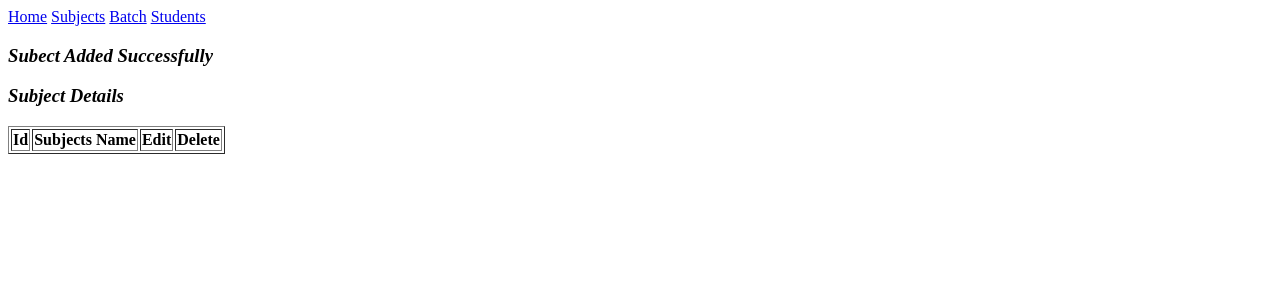
Repository: shubhamsingh331/Learners_Academy
Page: http://localhost/LearnersAcademy/Subjects/AddSuccess.jsp
The author's editor kept a copy of each file at every save. The page is drawn from the files as they stood at one save, then again after the next save.
The browser window is 1280 px wide. The pictures show the whole page.
The page is served by Tomcat 9. Queries for data that is not in the repository find no rows.

Above is the page before, as saved 2023-10-09 12:57:09.

After the next save:
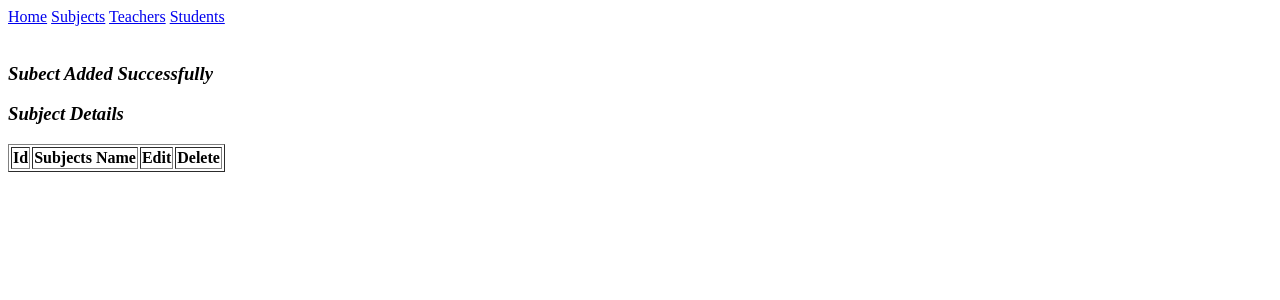
Saved 73 s later.
--- a/LearnersAcademy/src/main/webapp/Subjects/AddSuccess.jsp
+++ b/LearnersAcademy/src/main/webapp/Subjects/AddSuccess.jsp
@@ -7,12 +7,7 @@
 <title>Insert title here</title>
 </head>
 <body>
-<div class="topnav">
-  <a class="active" href="#home">Home</a>
-  <a href="Subject.jsp">Subjects</a>
-  <a href="#contact">Batch</a>
-  <a href="#about">Students</a>
-</div>
+<jsp:include page="/navigation.jsp"></jsp:include>
 <h3><i>Subect Added Successfully</i></h3>
 <%@include file="Subdisplay.jsp" %>
 </body>
